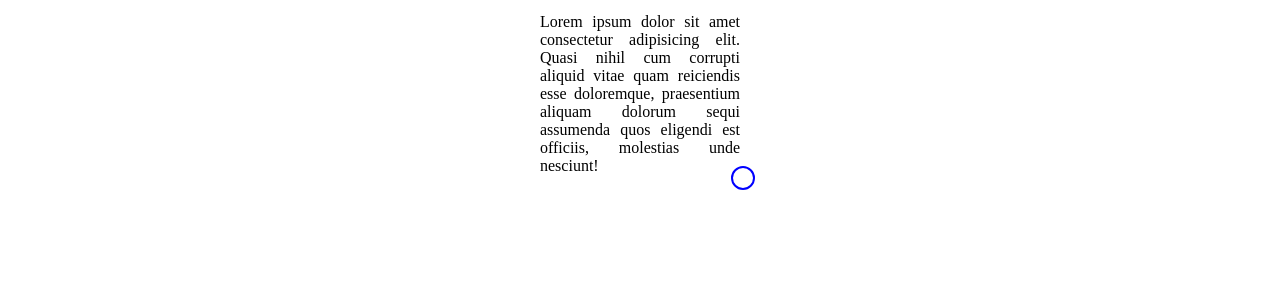
Repository: NastyaGavrilova/Beetroot-js
Page: HW8/task3/index.html
These files come from the project's save history. The page is drawn as it stood at one moment and after the next save; the edit follows.
The browser window is 1280 px wide. The pictures show the whole page.

Above is the page before, as saved 2021-10-29 22:48:17.

After the next save:
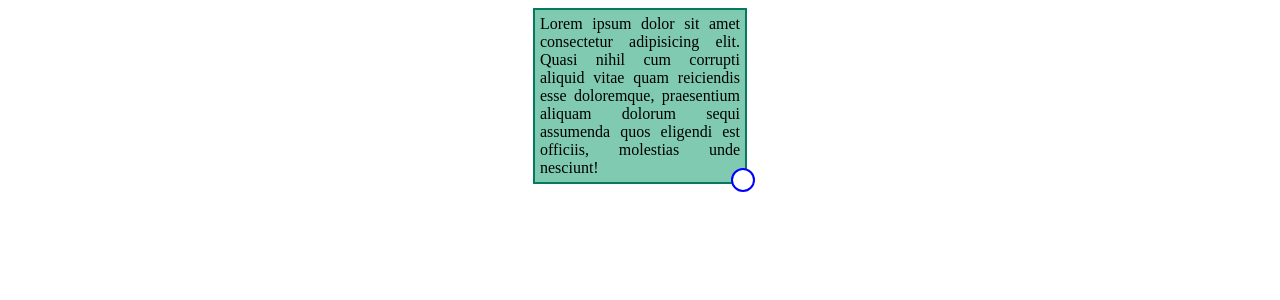
Saved 11 s later.
--- a/HW8/task3/index.css
+++ b/HW8/task3/index.css
@@ -7,7 +7,7 @@
   text-align: justify;
   padding: 5px;
   border: 2px solid rgb(7, 121, 96);
-  border: rgb(127, 202, 177);
+  background-color: rgb(127, 202, 177);
   margin-bottom: 10px;
 }
 .c-content__block--resizer {
